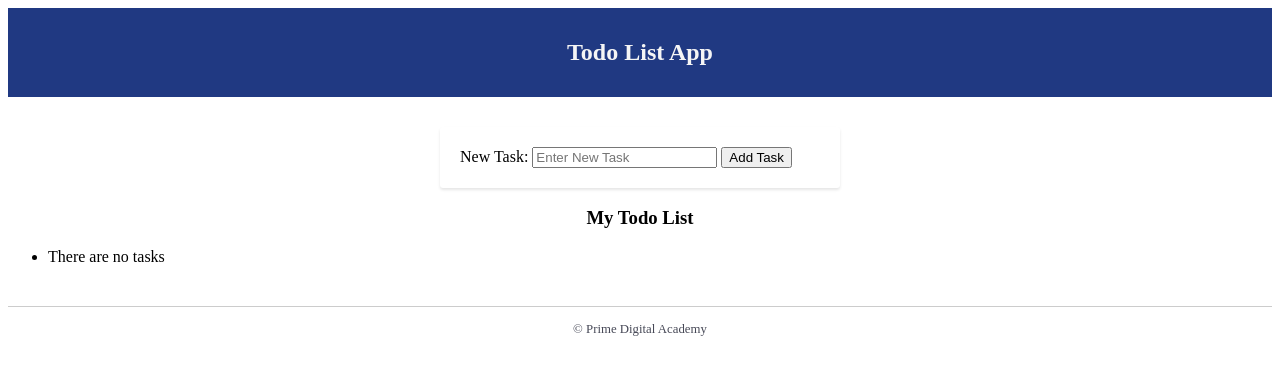
Repository: ryanmgregory/ursus-todo-list
Page: index.html
These files come from the project's save history. The page is drawn as it stood at one moment and after the next save; the edit follows.
The browser window is 1280 px wide. The pictures show the whole page.

Above is the page before, as saved 2020-03-19 22:52:19.

### index.html
<!DOCTYPE html>
<html lang="en">
  <head>
    <meta charset="UTF-8" />
    <meta name="viewport" content="width=device-width, initial-scale=1.0" />
    <link rel="stylesheet" href="style.css" />
    <script src="jquery-3.4.1.min.js" type="text/javascript"></script>
    <script src="javascript.js" type="text/javascript"></script>

    <title>Todo List</title>
  </head>
  <body>
    <header class="appBar">
      <h1 class="appBar-title">Todo List App</h1>
    </header>
    <!-- ASSIGNMENT CONTENT GOES BELOW HERE -->

    <!--Input field with "New Task" label.  "Add Task" BTN.  -->
    <div class="panel">
      <form class="js-form-add">
        <label>New Task:</label>
        <input class="js-input-task" type="text" placeholder="Enter New Task" />
        <button class="js-btn-add" type="submit">Add Task</button>
      </form>
    </div>

    <!-- h3 "My To Do List"  -->
    <h3>My Todo List</h3>
    <!-- <UL> <OL single item: "There are no tasks in it"/>  -->
    <ul class="js-unordered-list">
      <li class="js-single-item-list">
        There are no tasks
      </li>
    </ul>

    <footer class="footer">
      &copy; Prime Digital Academy
    </footer>
  </body>
</html>

### style.css
/* ----------------------------------------
** Element Resets
** ---------------------------------------- */

h3{
  text-align: center;
}
}
html,
body {
  margin: 0;
  height: 100%;
  background-color: #f5f5f5;
  font-family: 'Segoe UI', Tahoma, Geneva, Verdana, sans-serif;
}

/* ----------------------------------------
** Footer
** ---------------------------------------- */

.footer {
  margin: 40px 0 0;
  padding: 15px 20px;
  border-top: 1px solid rgb(0,0,0, 0.2);
  color: #474957;
  text-align: center;
  font-size: 0.8rem;
}

/* ----------------------------------------
** App Bar
** ---------------------------------------- */

.appBar {
  margin: 0 0 30px;
  padding: 15px 20px;
  background-color: #203982;
  color: #f5f5f5;
  text-align: center;
}

.appBar-title {
  font-size: 1.5rem;
}

/* ----------------------------------------
** Panel
** - wrapping element meant to give the look
**   of a raised box
** ---------------------------------------- */

.panel {
  margin: 0 auto;
  padding: 20px;
  max-width: 90%;
  width: 400px;
  box-sizing: border-box;
  background-color: #ffffff;
  border-radius: 3px;
  box-shadow: 0 2px 3px rgb(0,0,0, 0.1);
}

.panel + .panel {
  margin-top: 20px;
}

/* ----------------------------------------
** Button
** - interactive element for clickable buttons
** ---------------------------------------- */

.btn {
  padding: 12px 18px;
  box-sizing: border-box;
  border-radius: 6px;
  background: #274bb6;
  border-width: 0;
  border-bottom: 1px solid #102461;
  color: #f5f5f5;
  text-align: center;
  font-size: 1.1rem;
  text-transform: uppercase;
  cursor: pointer;
}

.btn:hover {
  background-color: #102461;
}

.btn:disabled {
  border-width: 0;
  background-color: #b2b6d3;
  cursor: not-allowed;
}

.btn_fullWidth {
  width: 100%;
}

/* ----------------------------------------
** Form Fields
** - styling for both standard input and label
** ---------------------------------------- */

.fieldLabel {
  display: block;
  margin: 0 0 10px;
}

.field {
  margin: 0 0 20px;
  padding: 10px;
  width: 100%;
  box-sizing: border-box;
  border-radius: 6px;
  border: 1px solid #474957;
  font-size: 1.2rem;
}

/* ----------------------------------------
** Stacked List
** - meant for the element wrapping a list
**   of items
** ---------------------------------------- */

.stackedList {
  margin: 0;
  padding: 0;
  list-style: none;
}

.stackedList > * {
  display: flex;
  justify-content: space-between;
  align-items: center;
  padding: 10px;
  width: 100%;
  box-sizing: border-box;
}

.stackedList > * + * {
  border-top: 1px solid #75788d;
}

/* ----------------------------------------
** Actions and State
** - utility classes to alter a visual
** ---------------------------------------- */

.isComplete {
  background-color: #a8f0d4;
}

### javascript.js
$(document).ready(init);
// create addTask ready on page load
const todoArray = [];

function init() {
  $(".js-form-add").on("click", ".js-btn-add", addTask);
  $(".js-unordered-list").on("click", ".js-btn-complete", toggleBtn);
}

const taskObject = {
  taskName: $(".js-input-task").val(),
  complete: false
};
// addTask function to receive task (as object) into array
// create object with name (string) & complete (boolean)
// added prevent default event to stop the page from reloading

function addTask(event) {
  event.preventDefault();
  console.log("in addTask");

  const taskObject = {
    taskName: $(".js-input-task").val(),
    complete: false
  };
  todoArray.push(taskObject);
  console.log("to do array:", todoArray);
  emptyField();
  render();
}

// empty input field after addTask
function emptyField() {
  $(".js-input-task").val("");
}

// Display object from array on <ul> on DOM
// empty array before each push
function render() {
  $(".js-unordered-list").empty();
  for (let i = 0; i < todoArray.length; i++) {
    const individualTask = todoArray[i];
    $(".js-unordered-list").append(`
        <div>
        <li>${individualTask.taskName} <button class="js-btn-complete">COMPLETE</button>  </li>
        <div>
        `);
  }
}

// btn click event to change value of object to true

function toggleBtn() {
  $(this.value === false);
}

//   console.log("in ToGgLe!!!");
//   if (($(this.parent()) = false)) {
//     console.log("its false");
//   }
//   if (($(this.parent()) = true)) {
//     console.log("its true");
//   }
// }

//   for (let i = 0; i < todoArray.length; i++) {
//     const individualTask = todoArray[i];
//     $(this).toggle($({.complete} = true));
//   }

// // console.log("todoArray:", todoArray);

// function toggleBtn() {
//   console.log("in ToGgLe!!!");
//   console.log("todoArray:", todoArray);
//   for (let i = 0; i < todoArray.length; i++) {
//     const individualTask = todoArray[i];
//     $(".js-unordered-list").append(`
//   <div>
//   <button class="js-btn-complete"${(individualTask.complete = true)}>COMPLETE</button>  </li>
//   <div>
//   `);
//   }
// }

Loaded but not shown: jquery-3.4.1.min.js (library)

After the next save:
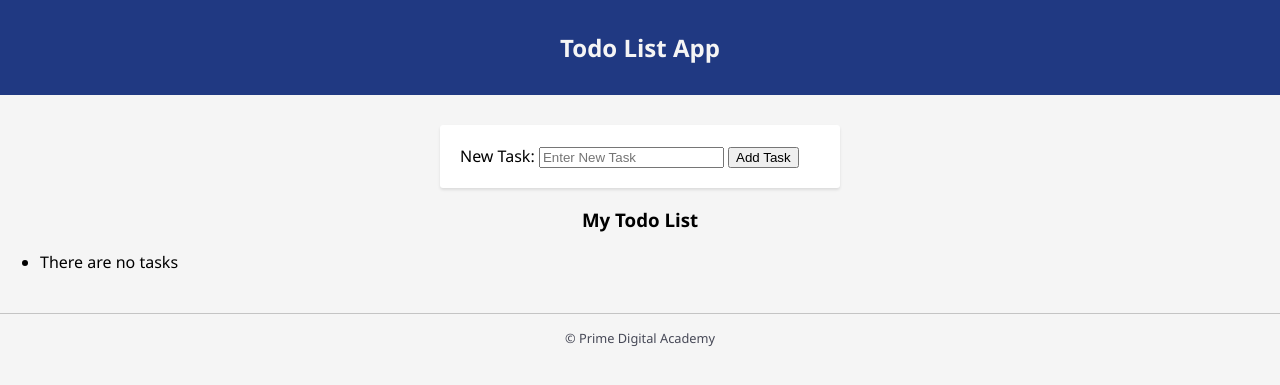
Saved 5 s later.
--- a/style.css
+++ b/style.css
@@ -2,16 +2,16 @@
 ** Element Resets
 ** ---------------------------------------- */
 
-h3{
+h3 {
   text-align: center;
 }
-}
+
 html,
 body {
   margin: 0;
   height: 100%;
   background-color: #f5f5f5;
-  font-family: 'Segoe UI', Tahoma, Geneva, Verdana, sans-serif;
+  font-family: "Segoe UI", Tahoma, Geneva, Verdana, sans-serif;
 }
 
 /* ----------------------------------------
@@ -21,7 +21,7 @@ body {
 .footer {
   margin: 40px 0 0;
   padding: 15px 20px;
-  border-top: 1px solid rgb(0,0,0, 0.2);
+  border-top: 1px solid rgb(0, 0, 0, 0.2);
   color: #474957;
   text-align: center;
   font-size: 0.8rem;
@@ -57,7 +57,7 @@ body {
   box-sizing: border-box;
   background-color: #ffffff;
   border-radius: 3px;
-  box-shadow: 0 2px 3px rgb(0,0,0, 0.1);
+  box-shadow: 0 2px 3px rgb(0, 0, 0, 0.1);
 }
 
 .panel + .panel {
